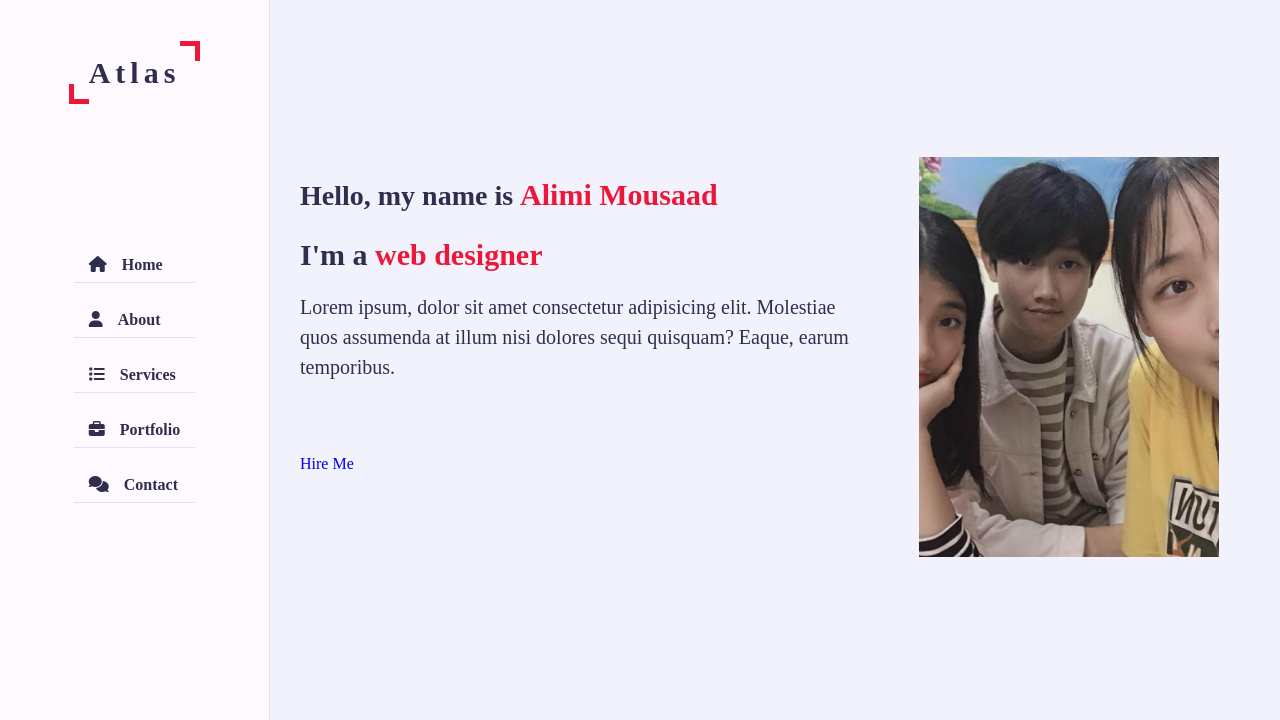
Repository: luanhoang0902/portfolio-ui
Page: index.html
These files come from the project's save history. The page is drawn as it stood at one moment and after a run of saves; the edit follows.
The browser window is 1280 px wide. The pictures show the whole page.
Some web fonts or font styles are not loaded; a fallback is used. Some web libraries are served in a nearby version.

Above is the page before, as saved 2022-06-02 15:13:32.

### index.html
<!DOCTYPE html>
<html lang="en">
  <head>
    <meta charset="UTF-8" />
    <meta http-equiv="X-UA-Compatible" content="IE=edge" />
    <meta name="viewport" content="width=device-width, initial-scale=1.0" />
    <title>Document</title>

    <!--  ===== CSS Files ===== -->
    <link rel="stylesheet" href="./css/style.css" />
    <link rel="stylesheet" href="./css/skins/color-1.css" />
    <link
      rel="stylesheet"
      href="https://cdnjs.cloudflare.com/ajax/libs/font-awesome/6.1.1/css/all.min.css"
    />
  </head>
  <body>
    <!--  ===== Main Container Start> ===== -->
    <div class="main-container">
      <!--  ===== Aside Start> ===== -->
      <div class="aside">
        <div class="logo">
          <a href="#"><span>A</span>tlas</a>
        </div>
        <div class="nav-toggler">
          <span></span>
        </div>
        <ul class="nav">
          <li><a href="#"><i class="fa fa-home" class = "active"></i>Home</a></li>
          <li><a href="#"><i class="fa fa-user"></i>About</a></li>
          <li><a href="#"><i class="fa fa-list"></i>Services</a></li>
          <li><a href="#"><i class="fa fa-briefcase"></i>Portfolio</a></li>
          <li><a href="#"><i class="fa fa-comments"></i>Contact</a></li>
        </ul>
      </div>
      <!--  ===== Aside End> ===== -->
      <!--  ===== Main Content Start> ===== -->
      <div class="main-content">
        <!--  ===== Home Selection Start> ===== -->
        <section class="home section">
          <div class="container">
            <div class="row">
              <div class="home-info padd-15">
                <h3 class="hello">Hello, my name is <span class="name">Alimi Mousaad</span></h3>
                <h3 class="my-profession">I'm a <span class="typing">web designer</span></h3>
                <p>Lorem ipsum, dolor sit amet consectetur adipisicing elit. Molestiae quos assumenda at illum nisi dolores sequi quisquam? Eaque, earum temporibus.</p>
                <a href="#contact" class = "btn hire-me">Hire Me</a>
              </div>
              <div class="home-img padd-15">
                <img src="./images/avatar.JPG" alt="">
              </div>
            </div>
          </div>
        </section>
        <!--  ===== Home Selection End> ===== -->
      </div>
       <!--  ===== Main Content End> ===== -->
    </div>
    <!--  ===== Main Container End> ===== -->
    <!--  ===== JS Files ===== -->
    <script src="js/script.js"></script>
  </body>
</html>

### css/style.css
/* import font chữ vào */
@import url('https://fonts.googleapis.com/css2?family=Clicker+Script&family=Montserrat:ital,wght@1,100&family=Poppins:ital,wght@0,200;0,300;0,400;0,500;0,700;1,600&display=swap');
/* Khai báo biến */
:root
{
    --bg-black-900: #f2f2fc;
    --bg-black-100: #fdf9ff;
    --bg-balck-50: #e8dfec;

    --text-black-900: #302e4d;
    --text-black-700: #504e70;
}

body
{
    line-height: 1.5;
    font-size: 16px;
    font-family: 'Poopins' sans-serif;
}

*
{
    margin: 0;
    padding: 0;
    outline: none;
    text-decoration: none;
    box-sizing: border-box;
}

::before,::after {
    box-sizing: border-box;
}

ul
{
    list-style: none;
}
.section
{
    background: var(--bg-black-900);
    min-height: 100vh;
    display: block;
    position: fixed;
    padding: 0 30px;
    left: 270px;
    top: 0;
    right: 0;
    opacity: 1;
}
.padd-15
{
    padding-left: 15px;
    padding-right: 15px;
}
.container
{
    max-width: 1100px;
    width: 100%;
    margin: auto;
}
.row
{
    display: flex;
    flex-wrap: wrap;
    margin-left: -15px;
    margin-right: -15px;
    position: relative;
}
/* aside */
.aside
{
    position: fixed;
    left: 0;
    top: 0;

    display: flex;
    justify-content: center;
    align-items: center;

    width: 270px;

    background: var(--bg-black-100);

    border-right: 1px solid var(--bg-balck-50);
    padding: 30px;
    height: 100%;
    z-index: 10;
}
.aside .logo
{
    position: absolute;
    top: 50px;
    font-size: 30px;
    text-transform: capitalize;
}
.aside .logo a
{
    position: relative;
    color: var(--text-black-900);
    font-weight: 700;

    padding: 15px 20px;
    font-size:30px;
    letter-spacing: 5px;
}
.aside .logo a span
{
    font-family: 'Click Script', cursive;
    font-family: 40px;
}
.aside .logo a::before
{
    content: '';
    position: absolute;
    bottom: 0;
    left: 0;
    width: 20px;
    height: 20px;

    border-bottom: 5px solid var(--skin-color);
    border-left: 5px solid var(--skin-color);
}
.aside .logo a::after
{
    content: '';
    position: absolute;
    top: 0;
    right: 0;
    width: 20px;
    height: 20px;

    border-top: 5px solid var(--skin-color);
    border-right: 5px solid var(--skin-color);
}
.aside .nav-toggler
{
    height: 40px;
    width: 45px;
    border: 1px solid var(--bg-balck-50);
    cursor: pointer;
    position: fixed;
    left: 300px;
    top: 20px;
    border-radius: 5px;
    background: var(--bg-balck-100);
    display: none;
    justify-content: center;
    align-items: center;
}
.aside .nav-toggler span
{
    height: 2px;
    width: 18px;
    background: var(--skin-color);
    display: inline-block;
    position: relative;
}
.aside .nav-toggler span::before
{
    content: '';
    height: 2px;
    width: 18px;
    background: var(--skin-color);
    position: absolute;
    top: -6px;
    left: 0;
}
.aside .nav-toggler span::after
{
    content: '';
    height: 2px;
    width: 18px;
    background: var(--skin-color);
    position: absolute;
    top: 6px;
    left: 0;
}
.aside .nav
{
    margin-top: 50px;
}
.aside .nav li
{
    margin-bottom: 20px;
    display: block;
}
.aside .nav li a
{
    font-size: 16px;
    font-weight: 600;
    display: block;
    border-bottom: 1px solid var(--bg-balck-50);
    color: var(--text-black-900);
    padding: 5px 15px;
}
.aside .nav li a.active
{
    color: var(--skin-color);
}
.aside .nav li a i
{
    margin-right: 15px;
}
/* Home */
.home
{
    min-height: 100vh;
    display: flex;
    color: var(--text-black-900);
}
.home .home-info
{
    flex: 0 0 60%;
    min-width: 60%;
}
h3.hello
{
    font-size: 28px;
    margin: 15px 0;
}
h3.hello span
{
    font-family: 'Clicker Script', cursive;
    font-size: 30px;
    font-weight: 700;
    color: var(--skin-color);
}
h3.my-profession
{
    font-size: 30px;
    margin: 15px 0;
}
.typing
{
    color: var(--skin-color);
}
.home-info p
{
    margin-bottom: 70px;
    font-size: 20px;
}
.home .home-img
{
    flex: 0 0 40%;
    min-width: 40%;
    text-align: center;
    position: relative;
}
.home .home-img img
{
    height: 400px;
    width: 300px;
    object-fit: cover;
}

Loaded but not shown: css/skins/color-1.css (common file); js/script.js (no copy from this time; the picture is the same without it)

After the next 2 saves:
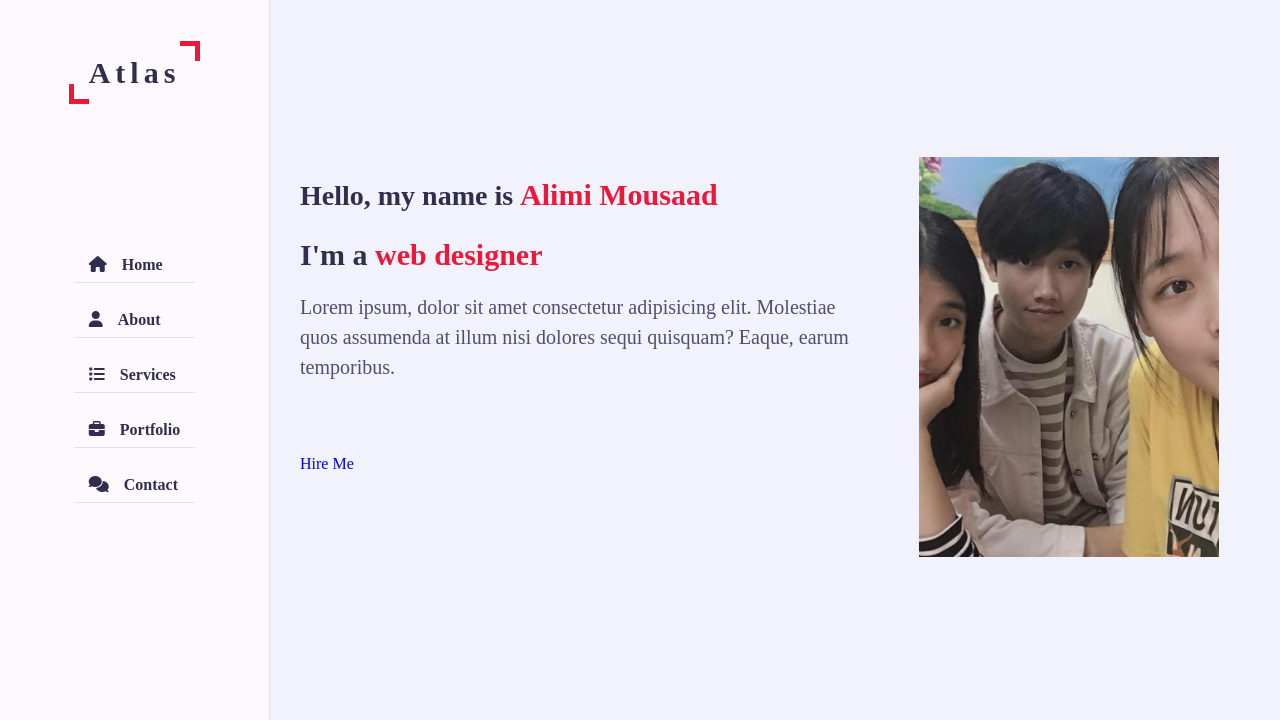
The 2 saves are shown as one change because they came seconds apart.
The last was saved 32 s later.
--- a/css/style.css
+++ b/css/style.css
@@ -238,6 +238,7 @@
 {
     margin-bottom: 70px;
     font-size: 20px;
+    color: var(--text-black-700);
 }
 .home .home-img
 {
